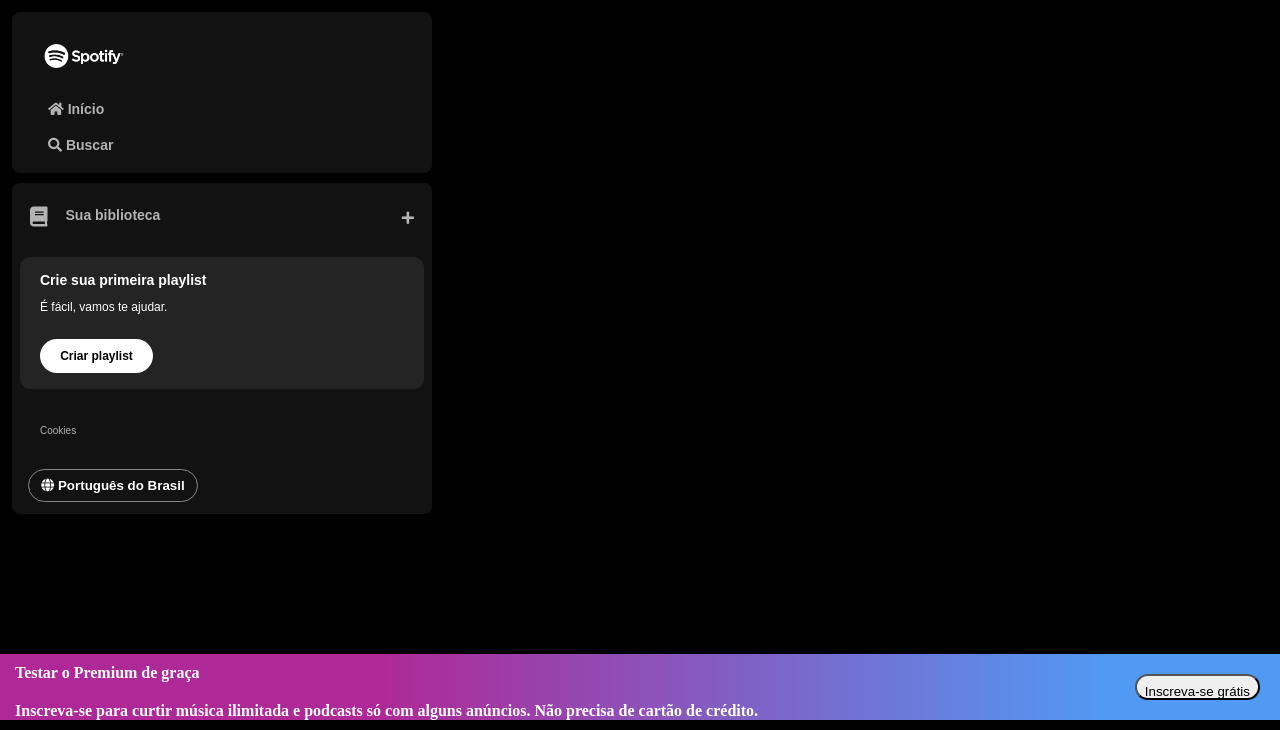
Repository: humbertobrasileiro/spotify
Page: index.html
The author's editor kept a copy of each file at every save. The page is drawn from the files as they stood at one save, then again after the next save.
The browser window is 1280 px wide. The pictures show the whole page.

Above is the page before, as saved 2024-01-23 15:06:26.

### index.html
<!DOCTYPE html>
<html lang="pt-BR">

<head>
  <meta charset="UTF-8">
  <meta name="viewport" content="width=device-width, initial-scale=1.0">
  <title>Spotify - Imersão</title>
  <link rel="stylesheet" href="reset.css">
  <link rel="stylesheet" href="styles.css">
  <link rel="stylesheet" href="https://use.fontawesome.com/releases/v5.15.4/css/solid.css" integrity="sha384-Tv5i09RULyHKMwX0E8wJUqSOaXlyu3SQxORObAI08iUwIalMmN5L6AvlPX2LMoSE" crossorigin="anonymous" />
  <link rel="stylesheet" href="https://use.fontawesome.com/releases/v5.15.4/css/fontawesome.css" integrity="sha384-jLKHWM3JRmfMU0A5x5AkjWkw/EYfGUAGagvnfryNV3F9VqM98XiIH7VBGVoxVSc7" crossorigin="anonymous" />
</head>

<body>
  <div class="sidebar">
    <nav class="sidebar__navigation">
      <div class="logo">
        <a href="">
          <img src="./assets/icons/logo-spotify.png" alt="logo do spotify">
        </a>
      </div>
      <ul>
        <li>
          <a href="">
            <span class="fa fa-home"></span>
            <span>Início</span>
          </a>
        </li>
        <li>
          <a href="">
            <span class="fa fa-search"></span>
            <span>Buscar</span>
          </a>
        </li>
      </ul>
    </nav>

    <div class="library">
      <div class="library__content">
        <button class="library__button">
          <span class="fa fa-book"></span>
          <span>Sua biblioteca</span>
        </button>
        <span class="fa fa-plus"></span>
      </div>

      <section class="section-playlist">
        <div class="section-playlist__content">
          <span class="text title">Crie sua primeira playlist</span>
          <span class="text subtitle">É fácil, vamos te ajudar.</span>
          <button class="section-playlist__button">
            <span>Criar playlist</span>
          </button>
        </div>
      </section>

        <!-- <div class="podcast">
          <span>Que tal seguir um podcast novo?</span>
          <h4>Avisaremos você sobre novos episódios.</h4>
          <button>Explore podcasts</button>
        </div> -->

      <div class="cookies">
        <a href="#">Cookies</a>
      </div>

      <div class="languages">
        <button class="languages__button">
          <span class="fa fa-globe"></span>
          <span>Português do Brasil</span>
        </button>
      </div>
    </div>

  </div>
  <footer>
    <div class="footer-text">
      <p class="text">Testar o Premium de graça</p>
      <p class="text">Inscreva-se para curtir música ilimitada e podcasts só com alguns anúncios. Não precisa de cartão de crédito.</p>
    </div>
    <button class="footer-button">
      <span>Inscreva-se grátis</span>
    </button>
  </footer>
</body>

</html>

### reset.css
/* http://meyerweb.com/eric/tools/css/reset/
   v2.0 | 20110126
   License: none (public domain)
*/

html, body, div, span, applet, object, iframe,
h1, h2, h3, h4, h5, h6, p, blockquote, pre,
a, abbr, acronym, address, big, cite, code,
del, dfn, em, img, ins, kbd, q, s, samp,
small, strike, strong, sub, sup, tt, var,
b, u, i, center,
dl, dt, dd, ol, ul, li,
fieldset, form, label, legend,
table, caption, tbody, tfoot, thead, tr, th, td,
article, aside, canvas, details, embed,
figure, figcaption, footer, header, hgroup,
menu, nav, output, ruby, section, summary,
time, mark, audio, video {
  margin: 0;
  padding: 0;
  border: 0;
  font-size: 100%;
  font: inherit;
  vertical-align: baseline;
}

/* HTML5 display-role reset for older browsers */
article, aside, details, figcaption, figure,
footer, header, hgroup, menu, nav, section {
  display: block;
}

body {
  line-height: 1;
}

ol, ul {
  list-style: none;
}

blockquote, q {
  quotes: none;
}

blockquote:before, blockquote:after,
q:before, q:after {
  content: '';
  content: none;
}

table {
  border-collapse: collapse;
  border-spacing: 0;
}

### styles.css
body {
  background: #000;
}

.sidebar {
  position: fixed;
  top: 0;
  left: 0;
  bottom: 0;
  padding: 12px;
  width: 420px;
}

.sidebar__navigation {
  background-color: #121212;
  border-radius: 8px;
  padding: 16px 0 0 16px;
  color: #b3b3b3;
  font-family: "DM Sans", sans-serif;
}

.sidebar__navigation .logo {
  background: #121212;
  display: flex;
  border-radius: 8px;
  padding: 16px 0 0 16px;
}

.sidebar__navigation .logo img {
  width: 80px;
}

.sidebar nav ul {
  margin-top: 20px;
  padding: 0 20px 10px 20px;
}

.sidebar ul li {
  padding: 10px 0;
}

.sidebar nav ul li a {
  color: #b3b3b3;
  text-decoration: none;
  font-weight: 600;
  font-size: 14px;
  font-family: "DM Sans", sans-serif;
}

.library {
  background-color: #121212;
  border-radius: 8px;
  display: flex;
  justify-content: space-between;
  flex-direction: column;
  padding: 4px 8px;
  color: #b3b3b3;
  font-weight: 600;
  font-size: 14px;
  font-family: CircularSp, CircularSp-Arab, CircularSp-Hebr, CircularSp-Cyrl, CircularSp-Grek, CircularSp-Deva, var(--fallback-fonts, sans-serif), sans-serif;
  margin-top: 10px;
}

.library .library__content {
  display: flex;
  justify-content: space-between;
}

.library .library__button {
  display: flex;
  margin-right: 10px;
  color: #b3b3b3;
  background-color: transparent;
  border: 0px;
  font-size: 14px;
  font-weight: 700;
  font-family: "DM Sans", sans-serif;
  text-align: center;
  text-decoration: none;
  text-transform: none;
  padding: 20px 10px;
}

.library .library__button .fa {
  font-size: 20px;
  margin-right: 10px;
  font-weight: 300;
  padding-right: 8px;
}

.library .library__content .fa-plus {
  margin: 24px 10px;
}

.section-playlist {
  display: flex;
  align-items: flex-start;
  justify-content: space-between;
  gap: 20px;
  background-color: #242424;
  color: #fff;
  font-weight: 600;
  font-size: 14px;
  margin: 8px 0px;
  padding: 16px 20px;
  border-radius: 10px;
}

.section-playlist .section-playlist__content {
  display: flex;
  flex-direction: column;
}

.section-playlist__content .text {
  padding-bottom: 14px;
  color: #fff;
  font-family: "DM Sans", sans-serif;
}

.section-playlist__content .title {
  font-weight: 700;
}

.section-playlist__content .subtitle {
  font-weight: 500;
  font-size: 12px;
}

.section-playlist__content .section-playlist__button {
  display: flex;
  justify-content: center;
  background-color: #fff;
  color: #000;
  border-radius: 20px;
  font-size: 12px;
  font-weight: 700;
  font-family: "DM Sans", sans-serif;
  text-decoration: none;
  text-transform: none;
  padding: 10px;
  margin-top: 12px;
  border: 0px;
  width: 113px;
}

.podcast {
  margin: 10px 10px 0 0;
  background-color: #242424;
  padding: 16px 0 16px 16px;
  border-radius: 8px;
  color: #fff;
  overflow-y: auto;
}

.sidebar .cookies {
  margin: 25px 20px;
}

.sidebar .cookies a {
  color: #b3b3b3;
  font-weight: 500;
  font-size: 10px;
  text-decoration: none;
}

.sidebar .cookies a:hover {
  text-decoration: underline;
}

.languages .languages__button {
  align-items: center;
  background-color: transparent;
  border: 1px solid #878787;
  color: #fff;
  font-weight: bold;
  cursor: pointer;
  width: 170px;
  margin: 8px;
  padding: 8px;
  border-radius: 20px;
}

footer {
  display: flex;
  flex-direction: row;
  justify-content: space-between;
  position: absolute;
  bottom: 0px;
  background: rgb(174, 41, 151);
  background: linear-gradient(90deg, rgba(174, 41, 151, 1) 30%, rgba(80, 154, 244, 1) 87%);
  color: #fff;
  width: 100%;
  height: 66px;
}

.footer-text {
  display: flex;
  flex-direction: column;
}

footer .text {
  font-weight: 700;
  padding: 11px 20px 11px 15px;
}

.footer-button {
  margin: 20px;
  padding: 8px;
  border-radius: 20px;
}

After the next save:
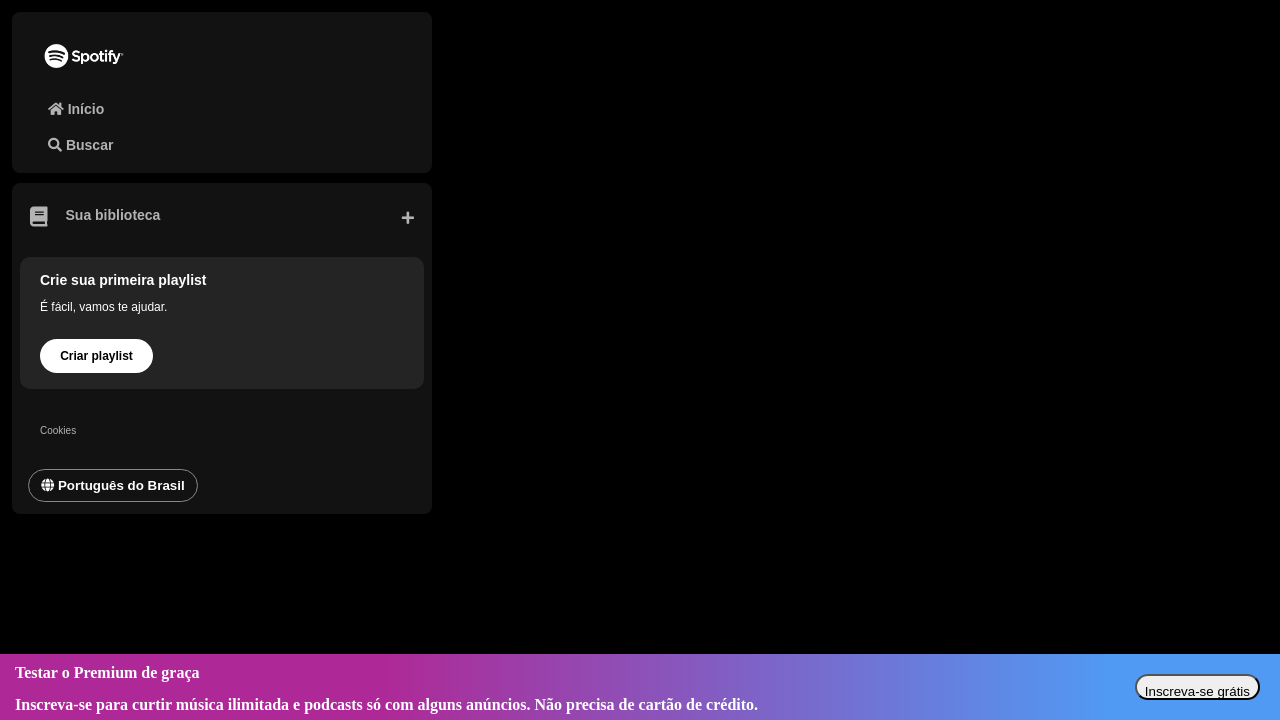
Saved 15 s later.
--- a/styles.css
+++ b/styles.css
@@ -200,7 +200,7 @@
 
 footer .text {
   font-weight: 700;
-  padding: 11px 20px 11px 15px;
+  padding: 11px 20px 5px 15px;
 }
 
 .footer-button {
